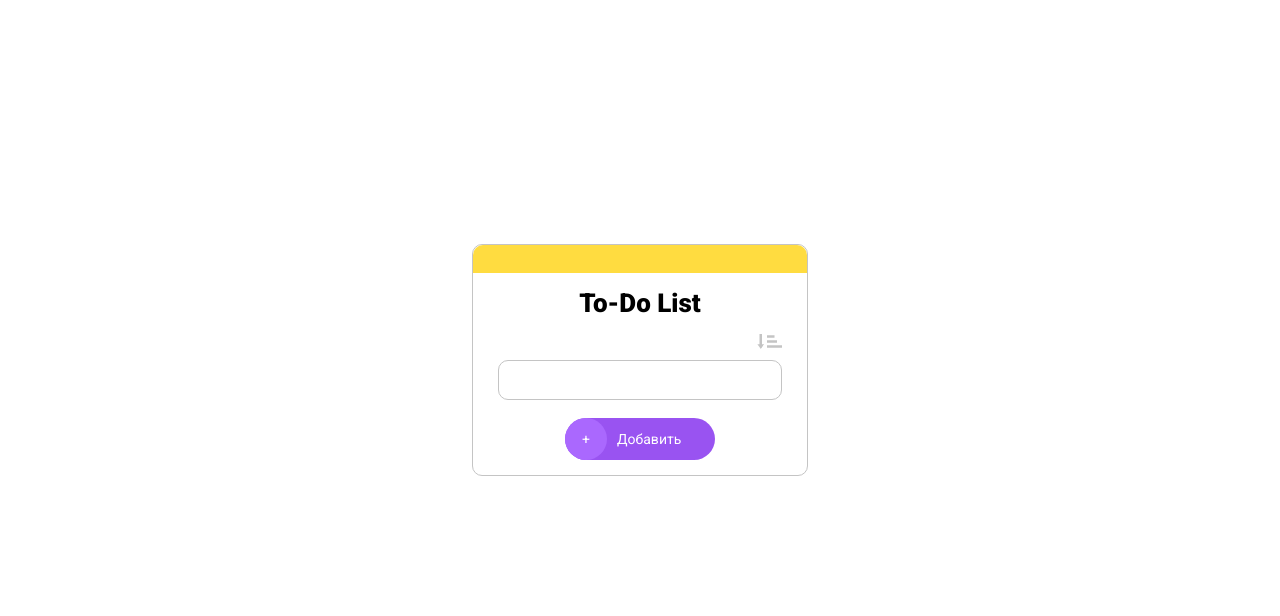
Repository: PoladEziz/Task-15
Page: index.html
An editor plug-in stored every save of this project. The page is shown before and after the next save, followed by the edit.
The browser window is 1280 px wide. The pictures show the whole page.
The style sheet was rebuilt from its Sass, Less or Tailwind sources for each picture, by a compiler version that may differ from the author's.

Above is the page before, as saved 2023-08-10 16:05:28.

### index.html
<!DOCTYPE html>
<html lang="en">
<head>
    <meta charset="UTF-8">
    <meta name="viewport" content="width=device-width, initial-scale=1.0">
    <title>Document</title>
    <link rel="stylesheet" href="./index.css">
</head>
<body>
    <div class="main">
        <div class="box">
            <div class="box-top"></div>
            <div class="box-bottom">
                <h1>To-Do List</h1>
                <form action="">
                    <img src="./img/Group 38 (1).png" alt="">
                    <input type="text">
                    <button class="add-btn"><div>+</div><p>Добавить</p></button>
              <span> Zehmet olmasa deyer elave edin</span>
                </form>
                <ul>
                    <li>
                        <p>Почистить зубы</p>
                        <button class="remove-btn">
                            <svg xmlns="http://www.w3.org/2000/svg" width="20" height="20" viewBox="0 0 20 20" fill="none">
                                <rect x="0.5" y="0.5" width="19" height="19" rx="9.5" stroke="#C4C4C4"/>
                                <path d="M6 6L14 14" stroke="#C4C4C4"/>
                                <path d="M6 14L14 6" stroke="#C4C4C4"/>
                                </svg>
                        </button>
                    </li>
                    <li>
                        <p>Почистить зубы</p>
                        <button class="remove-btn">
                            <svg xmlns="http://www.w3.org/2000/svg" width="20" height="20" viewBox="0 0 20 20" fill="none">
                                <rect x="0.5" y="0.5" width="19" height="19" rx="9.5" stroke="#C4C4C4"/>
                                <path d="M6 6L14 14" stroke="#C4C4C4"/>
                                <path d="M6 14L14 6" stroke="#C4C4C4"/>
                                </svg>
                        </button>
                    </li>   <li>
                        <p>Почистить зубы</p>
                        <button class="remove-btn">
                            <svg xmlns="http://www.w3.org/2000/svg" width="20" height="20" viewBox="0 0 20 20" fill="none">
                                <rect x="0.5" y="0.5" width="19" height="19" rx="9.5" stroke="#C4C4C4"/>
                                <path d="M6 6L14 14" stroke="#C4C4C4"/>
                                <path d="M6 14L14 6" stroke="#C4C4C4"/>
                                </svg>
                        </button>
                    </li>
                </ul>

            </div>
        </div>
    </div>

</body>
<script src="./index.js"></script>
</html>

### index.js
let input = document.querySelector("input");
let addBtn = document.querySelector(".add-btn");
let ul = document.querySelector("ul");
let errorMsj = document.querySelector("span");
addBtn.addEventListener("click", addList);

function addList(e) {
  e.preventDefault();
  console.log(input.value);
  if (input.value) {
    errorMsj.style.display = "none";
    let li = document.createElement("li");
    li.innerText = input.value;
    ul.style.display = "flex";
    ul.append(li);

    input.value = "";
  } else {
    errorMsj.style.display = "inline";
  }
}

### index.scss
@import url("https://fonts.googleapis.com/css2?family=Roboto:wght@400;900&display=swap");
* {
  margin: 0;
  padding: 0;
  box-sizing: border-box;
}
.main {
  width: 100%;
  height: 100vh;
  display: flex;
  align-items: center;
  justify-content: center;
  .box {
    width: 336px;
    /* min-height: 236px; */
    border-radius: 10px;
    border: 1px solid #c4c4c4;
    background: rgba(196, 196, 196, 0);
    .box-top {
      width: 100%;
      height: 28px;
      background-color: #ffdc40;
      border-top-left-radius: 10px;
      border-top-right-radius: 10px;
    }
    .box-bottom {
      width: 100%;
      padding: 15px 25px;

      h1 {
        margin-bottom: 16px;
        color: #000;
        text-align: center;
        font-family: Roboto;
        font-size: 26px;
        font-style: normal;
        font-weight: 900;
        line-height: normal;
        text-transform: capitalize;
      }
      form {
        display: flex;
        flex-direction: column;
        align-items: center;
        img {
          width: 25px;
          height: 15px;
          margin-left: auto;
          margin-bottom: 11px;
        }
        input {
          width: 100%;
          height: 40px;
          padding-left: 10px;
          padding-right: 10px;
          margin-bottom: 18px;
          border-radius: 10px;
          border: 1px solid #c4c4c4;
          background: rgba(196, 196, 196, 0);
          color: #000;
          font-family: Roboto;
          font-size: 14px;
          font-style: normal;
          font-weight: 400;
          line-height: normal;
        }
        button {
          width: 150px;
          height: 42px;
          background-color: #9953f1;
          border: none;
          border-radius: 71px;
          display: flex;
          align-items: center;
          p {
            margin-left: 10px;
            color: #ffff;
            text-align: center;
            font-family: Roboto;
            font-size: 14px;
            font-style: normal;
            font-weight: 400;
            line-height: normal;
          }
          div {
            width: 42px;
            height: 42px;
            border-radius: 50%;
            display: flex;
            align-items: center;
            justify-content: center;
            color: #fff;
            text-align: center;
            font-family: Roboto;
            font-size: 14px;
            font-style: normal;
            font-weight: 400;
            line-height: normal;
            background-color: #aa68fe;
          }
        }
        span{
          margin-top: 10px;
          color: red;
          font-family: Roboto;
          font-size: 14px;
          font-style: normal;
          font-weight: 400;
          line-height: normal;
          display: none;
        }
      }
      ul {
        margin-top: 10px;
        padding: 10px 30px;
        border-radius: 10px;
        border: 1px solid #c4c4c4;
        background: rgba(196, 196, 196, 0);
        display: flex;
        flex-direction: column;
        gap: 20px;
        display: none;
        li {
          list-style-type: none;
          p{
            color: #000;
            font-family: Roboto;
            font-size: 14px;
            font-style: normal;
            font-weight: 400;
            line-height: normal;
          }

        }
      }
    }
  }
}

After the next save:
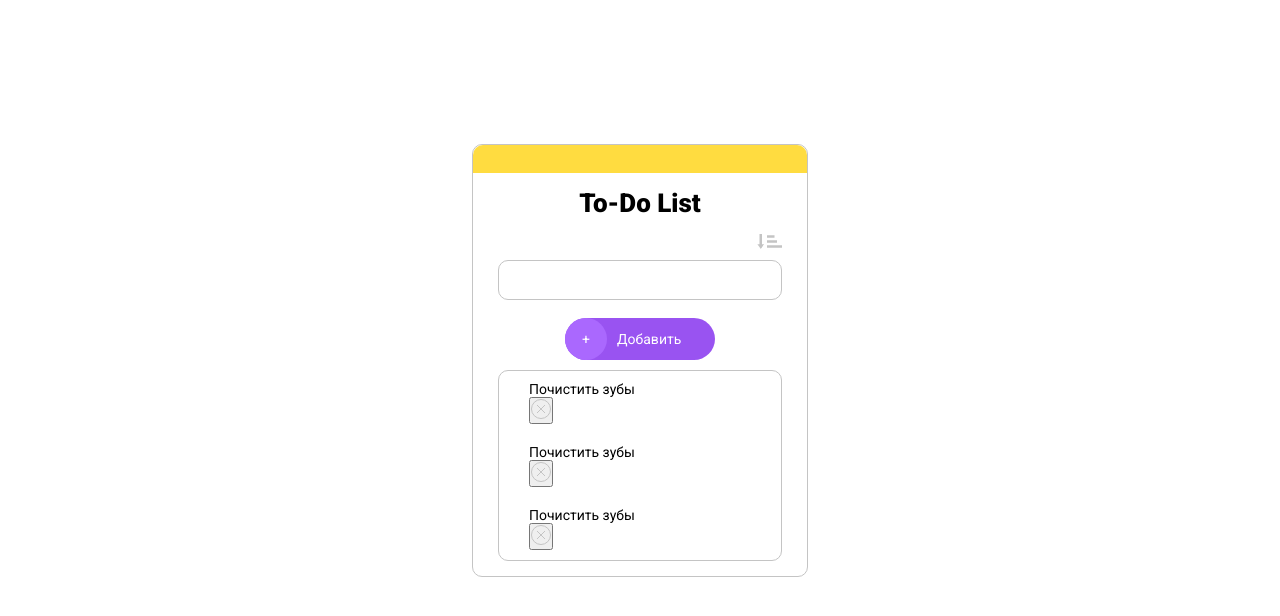
Saved 15 s later.
--- a/index.scss
+++ b/index.scss
@@ -119,7 +119,7 @@
         display: flex;
         flex-direction: column;
         gap: 20px;
-        display: none;
+        /* display: none; */
         li {
           list-style-type: none;
           p{
